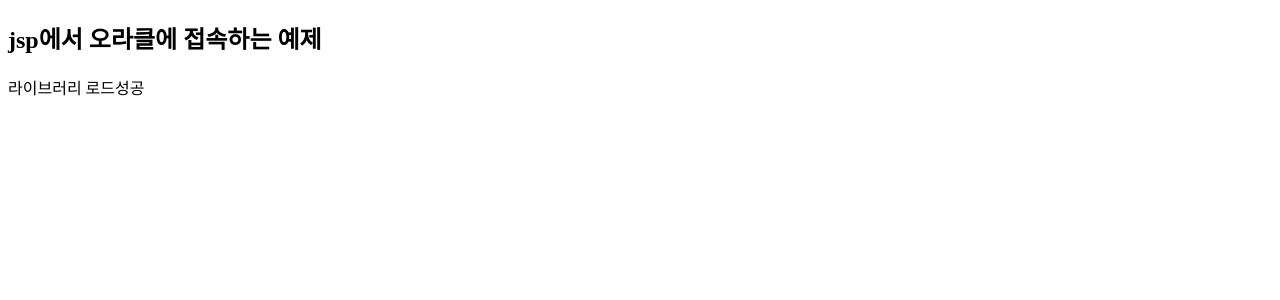
Repository: heyJSH/Study_java_web_sol
Page: http://localhost/jspweb_07/ora_conn.jsp
These files come from the project's save history. The page is drawn as it stood at one moment and after the next save; the edit follows.
The browser window is 1280 px wide. The pictures show the whole page.
The page is served by Tomcat 9.

Above is the page before, as saved 2024-01-11 06:20:24.

After the next save:
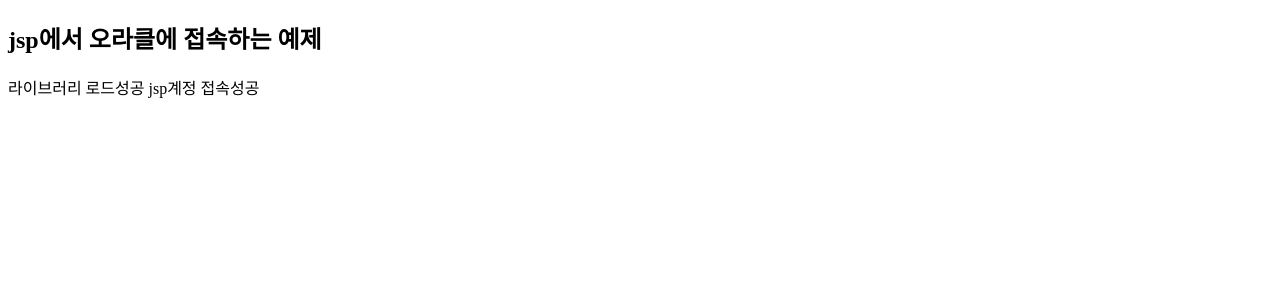
Saved 36 s later.
--- a/teacher_lecture/cotogether/workspace_stsb_4_21/jspweb_07/src/main/webapp/ora_conn.jsp
+++ b/teacher_lecture/cotogether/workspace_stsb_4_21/jspweb_07/src/main/webapp/ora_conn.jsp
@@ -27,7 +27,9 @@
 	    // 접속하기
 	    try {
 	    	DriverManager.getConnection(JDBC_URL, USER, PASSWORD);
+	    	out.println("jsp계정 접속성공");
 	    }catch(Exception e) {
+	    	out.println("jsp계정 접속실패");
 
 	    }
 	%>
